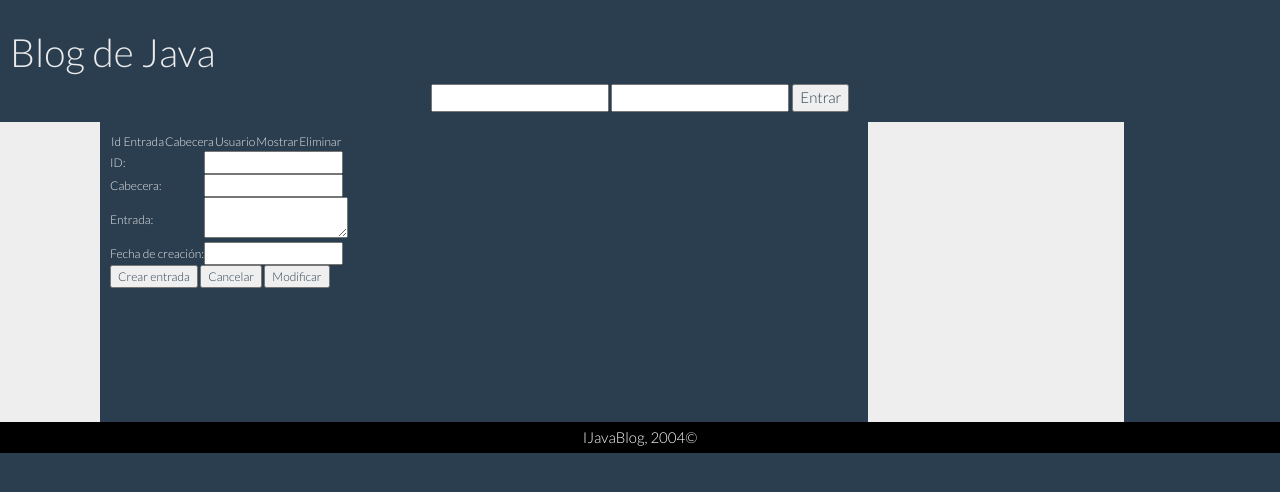
Repository: alruis/IJavaDreamBlog
Page: http://localhost/IJavaBlog/jsp/blog/inicio.jsp
The author's editor kept a copy of each file at every save. The page is drawn from the files as they stood at one save, then again after the next save.
The browser window is 1280 px wide. The pictures show the whole page.
The page is served by Tomcat 9. Nobody is signed in. The application's start-up code is not run. The template is opened directly, without the code that normally fills it, so the values that code supplies are empty.

Above is the page before, as saved 2014-09-26 10:29:03.
Console error: ReferenceError: init is not defined

After the next save:
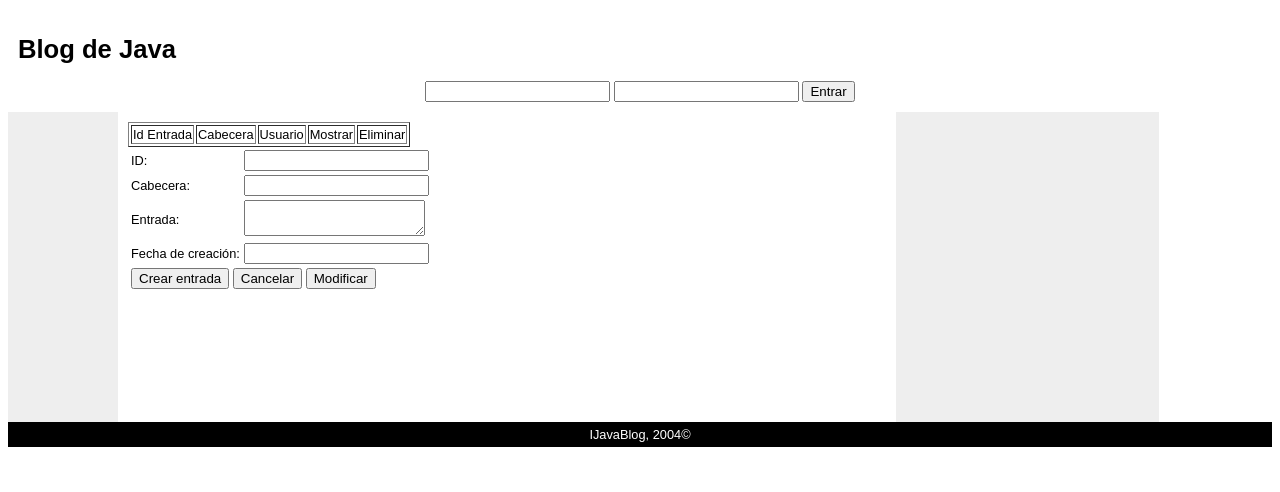
Saved 42 s later.
--- a/IJavaBlog/WebContent/jsp/blog/inicio.jsp
+++ b/IJavaBlog/WebContent/jsp/blog/inicio.jsp
@@ -10,7 +10,7 @@
 	<meta charset="UTF-8">
 	<title>IJavaBlog</title>
 	<!-- <link href="css/comun.css" rel="stylesheet" type="text/css" />  -->
-	<link href="css/bootstrap.css" rel="stylesheet" type="text/css" />
+	<!--<link href="css/bootstrap.css" rel="stylesheet" type="text/css" />  -->
 	<link href="css/ijavablog.css" rel="stylesheet" type="text/css" />
 
 	<script>
